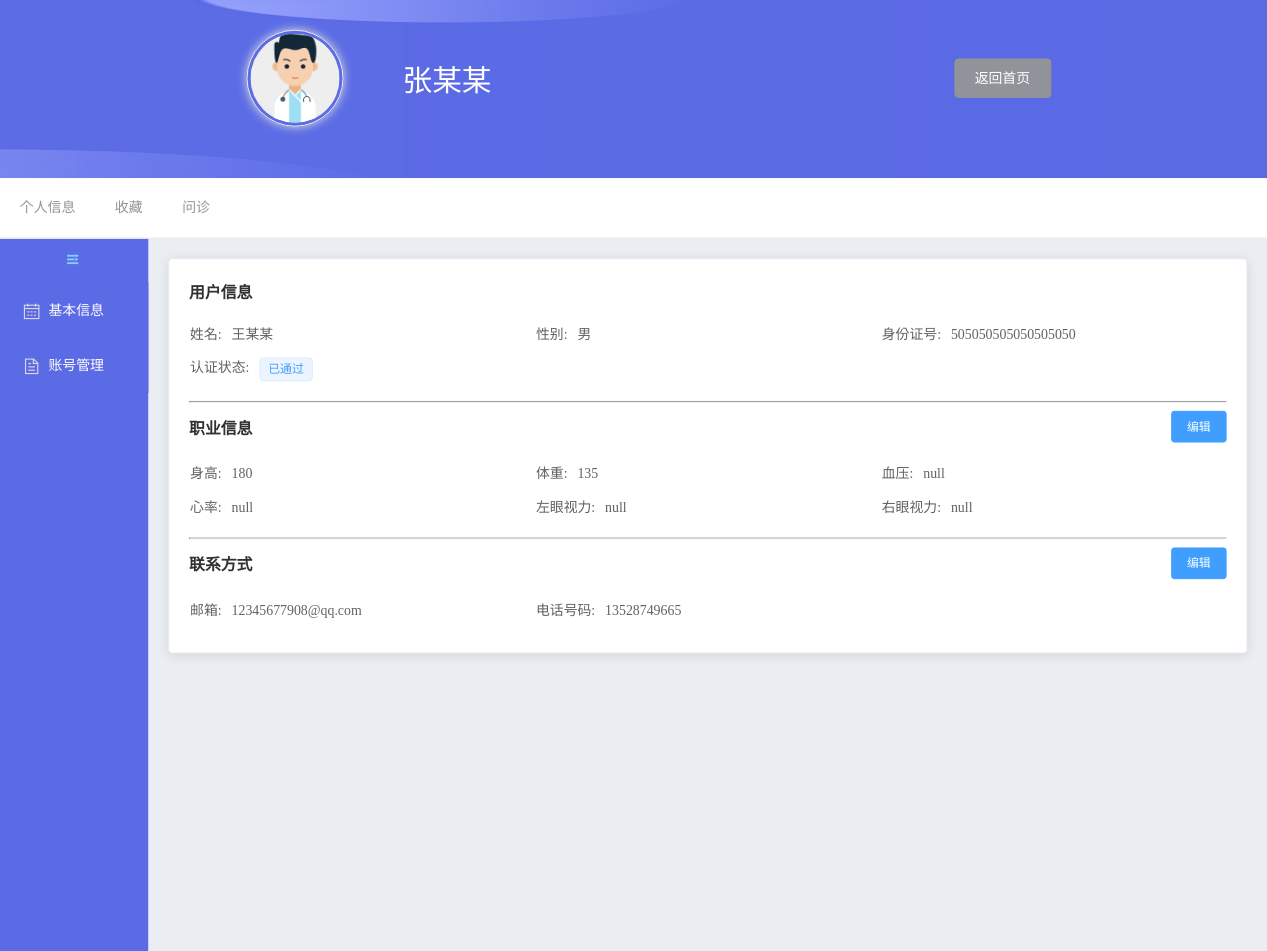
Repository: DiscreteL/SOA_Front
Page: /#/docInfo
These files come from the project's save history. The page is drawn as it stood at one moment and after the next save; the edit follows.
The browser window is 1280 px wide. The pictures show the whole page, at 99% of full size.
The project was rebuilt for these pictures with package versions that can differ from the ones it lists, and the page was loaded fresh each time. Also part of the build but not shown: vue.config.js, src/components/navigation.vue, src/components/dialog.vue, src/views/news.vue, src/components/announcement.vue, src/components/patientKnow.vue, src/views/Home.vue, src/views/login.vue and 15 more.

Above is the page before, as saved 2021-11-29 10:12:08.

### src/main.js
import Vue from 'vue'
import App from './App.vue'
import router from './router'
import store from './store'
import ElementUI from 'element-ui';
import 'element-ui/lib/theme-chalk/index.css';
import instance_ from "@/utils/api";

Vue.use(ElementUI);

Vue.config.productionTip = false

Vue.prototype.instance = instance_

new Vue({
  router,
  store,
  render: h => h(App)
}).$mount('#app')

router.beforeEach((to, from, next) => {
  /* 路由发生变化修改页面title */
  if (to.meta.title) {
      document.title = to.meta.title
  }
  next()
})

### src/App.vue
<template>
  <div id="app">
    <router-view/>
  </div>
</template>

<style lang="less" scoped>
</style>

<script>
export default {
  name: 'app'
}
</script>

### src/utils/api.js
//输出通用axios实例
import axios from 'axios';
axios.defaults.withCredentials = false

const instance = axios.create({
  timeout: 10000,
   headers: {
    'Content-Type': "multipart/form-data;charset=utf-8",
  }
});

export default {
  //GqvbYer04485869e6b5acbed4ed10dfd79468f6d84577b1

   diseaseList (data) {
     return instance.get("https://api.apishop.net/common/disease/queryDiseaseList?apiKey=GqvbYer04485869e6b5acbed4ed10dfd79468f6d84577b1&page=1&pageSize=50", data);
   },
   diseaseInfo(data){
    return instance.get("https://api.apishop.net/common/disease/queryDiseaseInfo?apiKey=GqvbYer04485869e6b5acbed4ed10dfd79468f6d84577b1&diseaseID="+data);
   }


//   allUser () {
//     return instance.post('/api/user');
//   },
//   allProduct () {
//    return instance.post('/api/product')
//   },
//   upload (data) {
//     return instance.post('/api/upload',data)
//   },
//   regist (data){
//   	return instance.post('/api/createOrUpdateUser',data)
//   }
};

### src/views/doctor/userHome2.vue
<template>
  <div class="home_container">
    <UserHomeNav2></UserHomeNav2>
    <el-container>
      <!--侧边栏-->
      <el-aside :width="isCollapse ? '64px' : '150px'">
        <div class="toggle-button" @click="toggleCollapse">
          <div v-if="this.isCollapse == true">
            <i class="el-icon-s-fold"></i>
          </div>
          <div v-else>
            <i class="el-icon-s-unfold"></i>
          </div>
        </div>
        <el-menu
          background-color="#5b6be5"
          text-color="#fff"
          active-text-color="#409EFF"
          :collapse="isCollapse"
          :collapse-transition="false"
          :router="true"
          :default-active="activePath"
        >
          <!-- :unique-opened="true"->只允许展开一个菜单 -->
          <!-- :collapse-transition="false" -> 关闭动画 -->
          <!-- router -> 导航开启路由模式 -->
          <el-menu-item index="/docInfo" @click="saveNavState('/docInfo')">
            <i class="el-icon-date" style="color: #dcdcdc"></i>
            <span slot="title">基本信息</span>
          </el-menu-item>
          <el-menu-item index="/accManage" @click="saveNavState('/accManage')">
            <i class="el-icon-document" style="color: #dcdcdc"></i>
            <span slot="title">账号管理</span>
          </el-menu-item>
        </el-menu>
      </el-aside>
      <!--右侧主体区-->
      <el-main>
        <router-view></router-view>
      </el-main>
    </el-container>
    <!-- 个人信息部分 -->
    <!-- <div class="Info" style="color:#909399">
            <strong> 姓名：</strong>{{ userInfo.name }} <br />
            <strong>身份证号：</strong>{{ userInfo.number }} <br />
            <strong>出生日期：</strong>{{ userInfo.borndate }} <br />
            <strong>性别：</strong>{{ userInfo.gender }} <br />
            <strong>邮箱：</strong>{{ userInfo.mail }} <br />
            <strong>身高：</strong>{{ userInfo.height }} <br />
            <strong>体重：</strong>{{ userInfo.weight }} <br />
            <strong>血压：</strong>{{ userInfo.bloodpressure }} <br />
            <strong>心率：</strong>{{ userInfo.heartrate }}
          </div> -->
  </div>
</template>

<script>
import UserHomeNav2 from "@/components/userhomenav2.vue";

export default {
  name: "userHome2",
  components: {
    UserHomeNav2,
  },
  // data() {
  //   return {
  //     // 返回个人信息
  //     // userID: window.sessionStorage.getItem("id"),
  //     userInfo: {}, //用户个人信息
  //     item: {
  //       id: "",
  //     },
  //   };
  // },
  data() {
    return {
      // 默认不折叠
      isCollapse: false,
      // 被激活导航地址
      activePath: "",
    };
  },
  created() {
    this.getMenuList();
    this.activePath = window.sessionStorage.getItem("activePath");
  },
  methods: {
    toggleCollapse() {
      this.isCollapse = !this.isCollapse;
    },
    saveNavState(activePath) {
      window.sessionStorage.setItem("activePath", activePath);
      this.activePath = activePath;
    },
  },
};
</script>

<style lang="less" scoped>
// .Info {
//   text-align: left;
//   font: 15px "Microsoft YaHei";
//   align-content: center;
//   width: 80%;
//   position: relative;
// }
html,
body {
  width: 100%;
  height: 100%;
  margin: 0px;
  padding: 0px;
}
.home_container {
  height: 100vh;
}
.el-container {
  height: 100%;
}
.el-aside {
  background-color: #5b6be5;
  .el-menu {
    border-right: none;
  }
}
.el-main {
  background-color: #eaedf1;
}
.toggle-button {
  background-color: #5b6be5;
  font-size: 15px;
  line-height: 24px;
  color: #87cefa;
  text-align: center;
  letter-spacing: 0.2em;
  cursor: pointer;
  padding: 10px;
}
.logo_box {
  height: 60px;
  width: 60px;
  border: 5px #53868b;
  border-radius: 50%; /* 圆角 */
  position: relative;
  margin: 30px;
}
.port_box img {
  width: 100%;
  height: 100%;
  border-radius: 50%; /* 圆角 */
  background-color: #53868b;
}
</style>

### src/views/doctor/info/docInfo.vue
<template>
  <el-card>
    <el-descriptions title="用户信息">
      <el-descriptions-item label="姓名"
        >王某某{{ userInfo.name }}</el-descriptions-item
      >
      <el-descriptions-item label="性别">
        男{{ userInfo.gender }}</el-descriptions-item
      >
      <el-descriptions-item label="身份证号">505050505050505050</el-descriptions-item>
      <el-descriptions-item>
      <template slot="label">认证状态</template>
      <el-tag size="small">已通过</el-tag>
    </el-descriptions-item>

    </el-descriptions>
    <hr />
    <el-descriptions
      class="margin-top"
      title="职业信息"
      :column="3"
      :size="size"
    >
      <template slot="extra">
        <el-button type="primary" size="small">编辑</el-button>
      </template>
      <el-descriptions-item label="身高"
        >180{{ userInfo.height }}</el-descriptions-item
      >
      <el-descriptions-item label="体重"
        >135{{ userInfo.weight }}</el-descriptions-item
      >
      <el-descriptions-item label="血压"
        >null{{ userInfo.bloodpressure }}</el-descriptions-item
      >
      <el-descriptions-item label="心率"
        >null{{ userInfo.heartrate }}</el-descriptions-item
      >
      <el-descriptions-item label="左眼视力"
        >null{{ userInfo.lefteye }}</el-descriptions-item
      >
      <el-descriptions-item label="右眼视力"
        >null{{ userInfo.righteye }}</el-descriptions-item
      >
    </el-descriptions>

    <hr />
    <el-descriptions
      class="margin-top"
      title="联系方式"
      :column="3"
      :size="size"
    >
      <template slot="extra">
        <el-button type="primary" size="small">编辑</el-button>
      </template>
      <el-descriptions-item label="邮箱"
        >12345677908@qq.com{{ userInfo.mail }}</el-descriptions-item
      >
      <el-descriptions-item label="电话号码"
        >13528749665{{ userInfo.tel }}</el-descriptions-item
      >
      >
    </el-descriptions>
  </el-card>
</template>
<script>
export default {
  data() {
    return {
      // 返回个人信息
      // userID: window.sessionStorage.getItem("id"),
      userInfo: {}, //用户个人信息
      item: {
        id: "",
      },
    };
  },
};
</script>

### src/components/userhomenav2.vue
<template>
  <div class="container">
    <div class="head">
      <div class="background">
        <img src="@/assets/back.jpg" alt="" width="100%" height="100%" />
      </div>
      <div class="headmain">
        <div class="left">
          <!-- 头像部分 -->
          <div class="port_box">
            <img src="../assets/docPort.png" />
          </div>

          <!-- 个人信息部分 -->
          <div
            class="Info"
            style="color: white; font-size: 30px; font-family: 宋体"
          >
            {{ userName }}<br />
          </div>
        </div>
        <div>
          <el-button type="info" @click="returnhome">返回首页</el-button>
        </div>
      </div>
    </div>
    <div class="navBar">
      <el-menu
        :default-active="this.$route.path"
        class="el-menu-demo"
        router
        mode="horizontal"
        active-text-color="#409EFF"
      >
        <el-menu-item v-for="(item, i) in navList" :key="i" :index="item.name">
          {{ item.navItem }}
        </el-menu-item>
      </el-menu>
    </div>
    <div></div>
  </div>
</template>

<script>
export default {
  name: "UserHomeNav2",
  data() {
    return {
      //   userID: window.sessionStorage.getItem("id"),
      userName: "张某某",
      navList: [
        { name: "/userHome2", navItem: "个人信息" },
        { name: "/collection", navItem: "收藏" },
        { name: "/consult", navItem: "问诊" },
        // { name: "/help", navItem: "帮助中心" },
      ],
    };
  },
  methods: {
    returnhome(){
      this.$router.push("/home");
    }
  },
};
</script>

<style scoped>
.head {
  height: 180px;
  width: 100%;
}
.background {
  width: 100%;
  height: 180px;
  z-index: -1;
  position: absolute;
}
.headmain {
  display: flex;
  justify-content: space-around;
  align-items: center;

}
.left {
  display: flex;
  align-items: center;
}
.port_box {
  height: 90px;
  width: 90px;
  border: 1px solid #eee;
  border-radius: 50%; /* 圆角 */
  padding: 3px; /*图片和边框之间的间距 */
  box-shadow: 0 0 10px #ddd; /*阴影 */
  position: relative;
  margin: 30px;
}
.port_box img {
  width: 100%;
  height: 100%;
  border-radius: 50%; /* 圆角 */
  background-color: #eee;
}

.Info {
  text-align: left;
  font: 15px "Microsoft YaHei";
  margin: 30px;
  position: relative;
}
</style>

### src/axios/url.js
import patient from './modules/patient';
import alluser from './modules/alluser';
import doctor from './modules/doctor';
import admin from './modules/admin';
export default {
    patient,
    alluser,
    doctor,
    admin,
};

### src/axios/request.js
import axios from './axios';
export default {
  // get请求
  get(url, param) {
    return new Promise((resolve, reject) => {
      axios({
        method: 'get',
        url,
        params: param
      })
        .then((res = {}) => {
          if (res.code !== '200') reject(res);
          resolve(res);
        })
        .catch(_ => {
          reject(_)});
    });
  },
  // post请求
  post(url, param) {
    return new Promise((resolve, reject) => {
      axios({
        method: 'post',
        url,
        data: param,
      })
        .then((res = {}) => {
          if (res.code !== '200') reject(res);
          resolve(res);
        })
        .catch(_ => reject(_));
    });
  },
};

### src/axios/modules/patient.js
export default {
    getDocListData:'/Patient/GetDoctorList',
    getDrugData:'/Patient/GetDrugInforList',
    getHosData:'/Patient/GetHospitalList',
    getNoticeData:'/Patient/GetNoticeList',
    getDiseaseData:'/Patient/GetDiseaseList',
    patientLogin:'/Patient/Login',
    doctorLogin:'/Doctor/Login',
    patientRegister:'/Patient/Register',
    doctorRegister:'/Doctor/Register',
    postReservationData:'/Patient/PostReservation',
    sendAcidForm:'/Patient/PostAppOfNuc',
    sendOffineReservation:'/Patient/PostOfflineApp',
    getCart:'/Patient/GetCart',
    clearCart:'/Patient/EmptyCart',
    addCart:'/Patient/AddDrug',
    getDocInfoData:'/Patient/GetDoctor',
    getDrugsIncludedListData:'/Patient/GetIncludeList',
    postRateData:'/Patient/PostRating',
    getPreData:'/Patient/GetPre',
    getDiseaseListData:'/Patient/GetDiseaseList',//存在重复
    getDepartmentListData:'/Patient/GetDepartmentList',//存在重复
    getPatientInfo:'/Patient/GetPatiInfor',
    postAutoAddData:'/Patient/AutoAddDrug',
    getDrugListData:'/Patient/GetDrugInforList',//存在重复
    getLocalImg:'/Patient/GetImg',
    getNAT:'/Patient/GetAppsOfNuc',
    postNoticeData:'/Admin/PostNotice',
    deleteNotice:'/Admin/DeleteNotice',
    getPaiIno:'/Patient/GetPatient',
    getOfflineApp:'/Patient/GetOfflineAppList',
    getReservations:'/Patient/GetReservations',
    getPatiBMI:'/Patient/GetPatiInfor',
    getHospital:'/Patient/GetHospital',
    getPreData:'/Patient/GetPre',
    postPaiIno:'/Patient/ModInfor',
    postUpdateReservation:'Patient/UpdateReservation',
    postRectifyOfflineApp:'/Patient/RectifyOfflineApp',
    postRectifyNucleicApp:'/Patient/RectifyNucleicApp',
    updateReservationData:'/Patient/UpdateReservation',
    getDoctorData:'/Doctor/GetDoctor',
    getRecordsData:'/Doctor/GetReservationLists',
    getCompletedRecordsData:'/Doctor/GetRecords'
  };

### src/axios/modules/alluser.js
export default{
    sendChatMes:'/Base/PostChat',
    getChatMes:'/Base/GetChat'
};

### src/axios/modules/doctor.js
export default {
    getPatientInfoData:'/Doctor/GetPatient',
    postPreData:'/Doctor/PostPre',
    postMedicineIncludedData:'/Doctor/PostInclude',
    postReportData:'/Doctor/PostReport',
    getDocIno:'/Doctor/GetDoctor',
};

### src/axios/modules/admin.js
export default {
    getReportListData:'/Admin/GetReportForms',
    getNoticeListData:'/Admin/GetNoticeList',
    postNoticeData:'/Admin/PostNotice'
}

### src/axios/axios.js
import axios from 'axios';
import router from '../router';
import Vue from 'vue';
import qs from 'qs';
//import store from '../store/index';

//import Storage from '../utils/storages';


// 错误状态码处理提示
class MessageTip extends Vue {
  static messageTipInstance = null;
  messageTip = null;

  static instance() {
    if (!this.messageTipInstance) {
      this.messageTipInstance = new MessageTip();
    }
    this.messageTipInstance;
  }

  // 提示信息
  msgInfo(msg) {
    this.messageTip && this.messageTip.close();
    this.messageTip = this.$message({
      showClose: true,
      message: msg,
      type: 'error',
      center: true
    });
  }

  // 错误信息
  errorInfo(errorCode) {
    this.messageTip && this.messageTip.close();
    let msg = '';
    switch (errorCode) {
      case '400':
        msg = '请求错误';
        break;
      case '401':
        msg = '登录会话过期，请重新登录';
        break;
      case '403':
        msg = '拒绝访问';
        break;
      case '404':
        msg = '请求地址出错';
        break;
      case '408':
        msg = '请求超时';
        break;
      case '500':
        msg = '服务器内部错误';
        break;
      case '501':
        msg = '服务器未实现';
        break;
      case '502':
        msg = '网络错误';
        break;
      case '503':
        msg = '服务不可用';
        break;
      case '504':
        msg = '网关超时';
        break;
      case '505':
        msg = 'HTTP版本不受支持';
        break;
    }
    this.messageTip = this.$message({
      showClose: true,
      message: msg,
      type: 'error',
      center: true
    });
  }
}

const messageTip = new MessageTip();

axios.defaults.headers.post['Content-Type'] = 'application/json';

axios.defaults.withCredentials = true;
axios.defaults.baseURL = '/api';
axios.defaults.timeout = 5000;
// 请求拦截器
axios.interceptors.request.use(
  config => {
    if(config.method === 'post') {
      config.data = qs.stringify(config.data)
      config.url += '?' + config.data
    }
    else {
      config.params = qs.stringify(config.params)
      config.url += '?' + config.params
    }
    //config.headers.token = localStorage.getItem('$token_info');
    return config;
  },
  error => {
    return Promise.reject(error);
  }
);

// 响应拦截器
axios.interceptors.response.use(
  response => {
    response.data = {
      result:response.data,
      code:`${response.status}`
    }
    if (response && response.data && response.data.code !== '200') {
      response.data.msg && messageTip.msgInfo(response.data.msg);
      console.log(response)
      return Promise.reject(response.data);
    }
    return response.data;
  },
  error => {
    console.log(error)
    console.log(error.response)
    if (
      error &&
      error.response &&
      error.response.status &&
      messageTip.errorInfo(error.response.status)
    ) {
      return Promise.reject(error);
    }
  }
);
export default axios;

Loaded but not shown: public/index.html (common file); src/store/index.js (common file); src/service/userService.js (198 lines, source omitted); src/router/index.js (205 lines, source omitted)

After the next save:
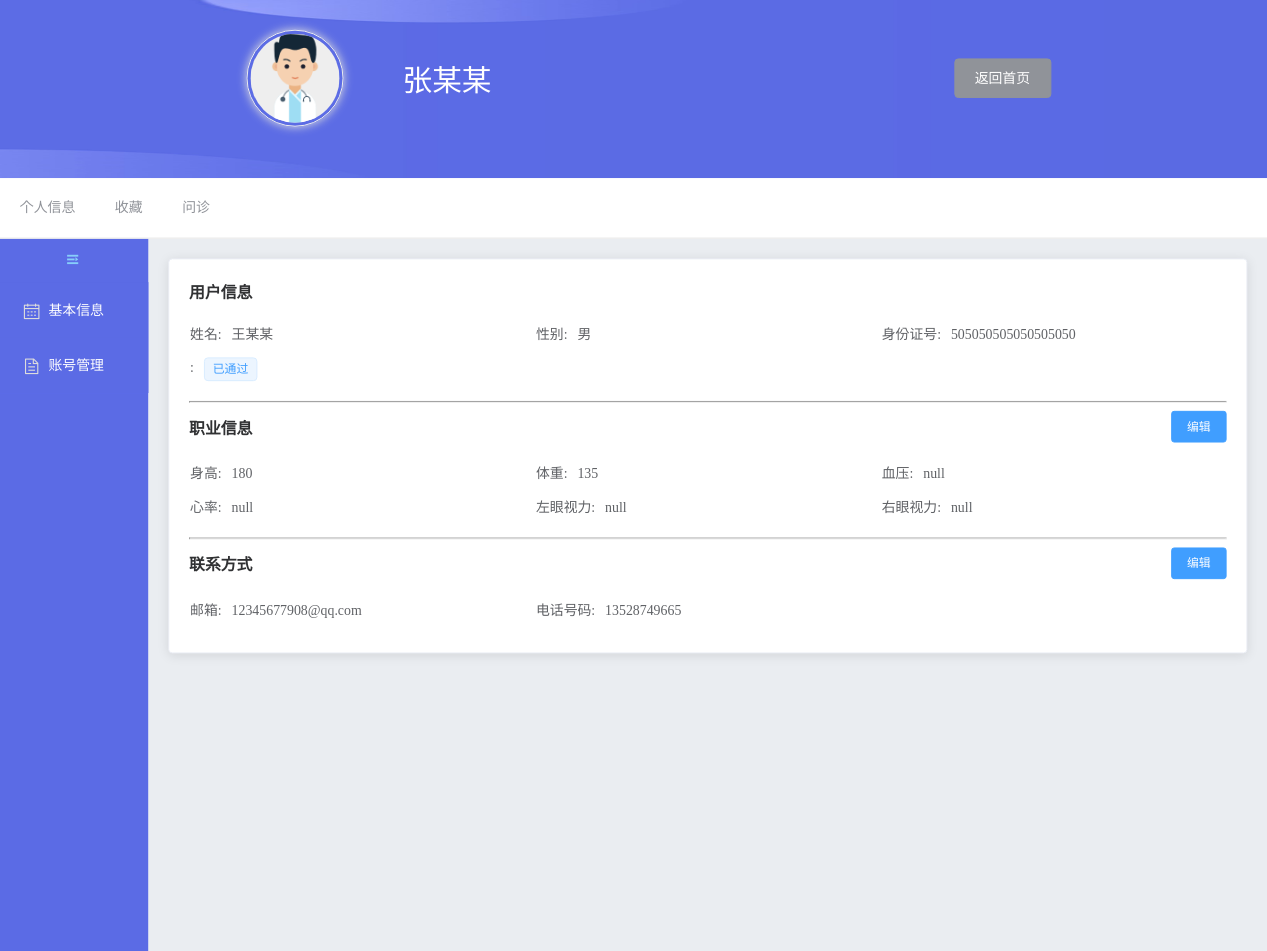
Saved 97 s later.
--- a/src/views/doctor/info/docInfo.vue
+++ b/src/views/doctor/info/docInfo.vue
@@ -9,9 +9,8 @@
       >
       <el-descriptions-item label="身份证号">505050505050505050</el-descriptions-item>
       <el-descriptions-item>
-      <template slot="label">认证状态</template>
-      <el-tag size="small">已通过</el-tag>
-    </el-descriptions-item>
+      <el-tag label="认证状态" size="small">已通过</el-tag>
+      </el-descriptions-item>
 
     </el-descriptions>
     <hr />

After the save that followed:
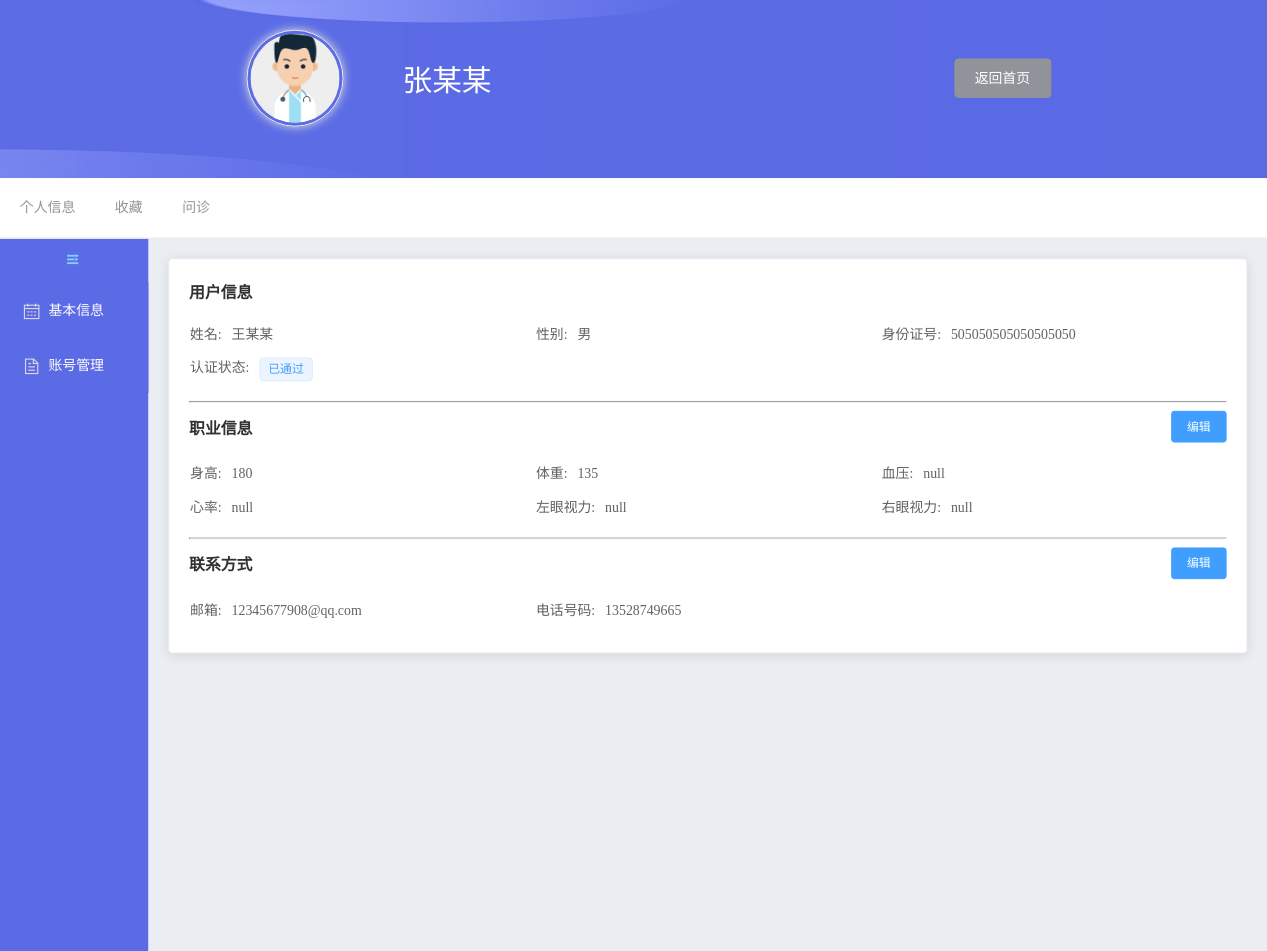
Saved 18 s later.
--- a/src/views/doctor/info/docInfo.vue
+++ b/src/views/doctor/info/docInfo.vue
@@ -8,8 +8,8 @@
         男{{ userInfo.gender }}</el-descriptions-item
       >
       <el-descriptions-item label="身份证号">505050505050505050</el-descriptions-item>
-      <el-descriptions-item>
-      <el-tag label="认证状态" size="small">已通过</el-tag>
+      <el-descriptions-item label="认证状态" >
+      <el-tag size="small">已通过</el-tag>
       </el-descriptions-item>
 
     </el-descriptions>
